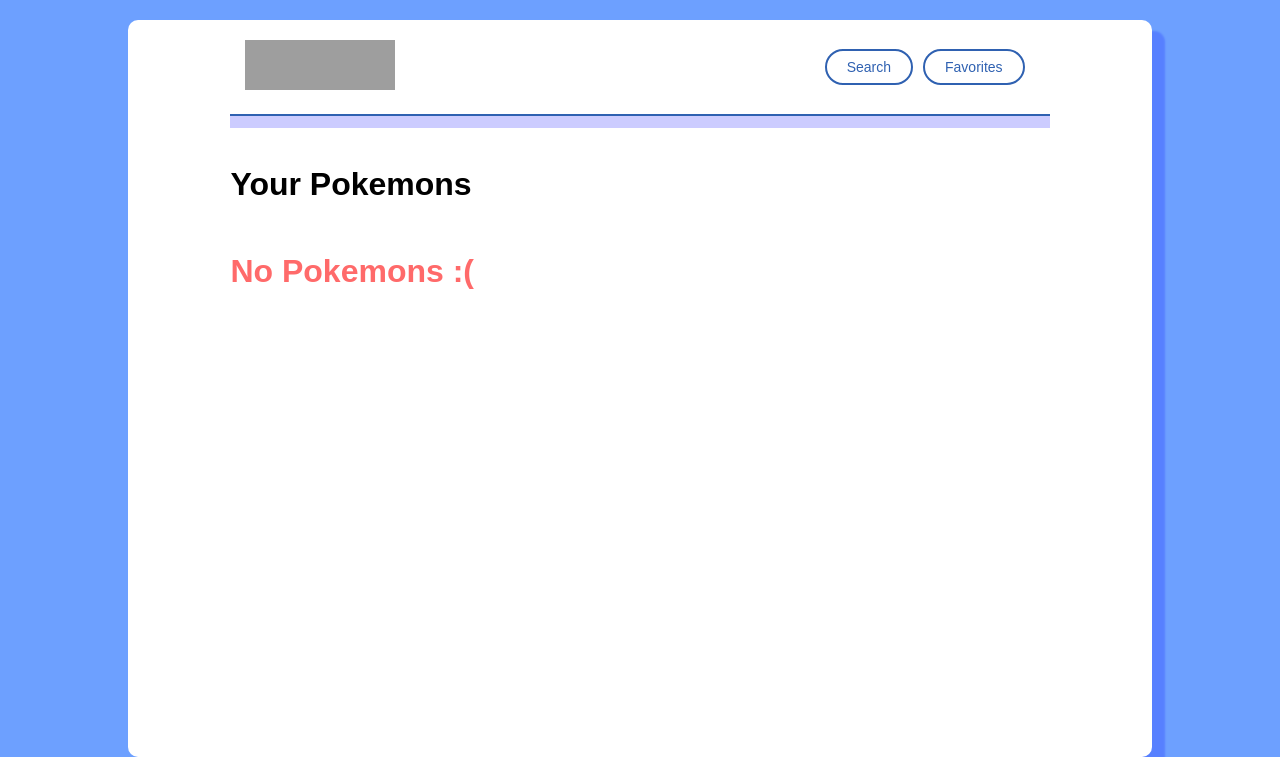
Repository: Rashiduulu/zeon-ithub-second-project
Page: FavoritePage/Favorite.html
These files come from the project's save history. The page is drawn as it stood at one moment and after the next save; the edit follows.
The browser window is 1280 px wide. The pictures show the whole page.
Pictures or frames that could not be fetched are drawn as grey boxes.

Above is the page before, as saved 2022-11-16 15:10:38.

### FavoritePage/Favorite.html
<!DOCTYPE html>
<html lang="en">

<head>
    <meta charset="UTF-8">
    <meta http-equiv="X-UA-Compatible" content="IE=edge">
    <meta name="viewport" content="width=device-width, initial-scale=1.0">
    <title>Document</title>
    <link rel="stylesheet" href="https://cdnjs.cloudflare.com/ajax/libs/font-awesome/6.0.0-beta3/css/all.min.css"
        integrity="sha512-Fo3rlrZj/k7ujTnHg4CGR2D7kSs0v4LLanw2qksYuRlEzO+tcaEPQogQ0KaoGN26/zrn20ImR1DfuLWnOo7aBA=="
        crossorigin="anonymous" referrerpolicy="no-referrer" />
    <link rel="stylesheet" href="./style.css">
</head>

<body>
    <div class="bg-color container">
        <header class="header container flex">
            <a href="../Home.html">
                <img class="logo" src="../imgs/Pokémon_logo.svg.png" alt="logo">
            </a>
            <div>
                <ul class="navbar flex">
                    <a href="../Home.html">
                        <li class="nav">Search</li>
                    </a>
                    <a href="./Favorite.html">
                        <li class="nav">Favorites</li>
                    </a>
                </ul>
            </div>
        </header>

        <div class="content container">
            <h1>Your Pokemons</h1>
        </div>

        <div class="container" id="favorite-cart">

        </div>
        <div class="false"></div>

        <script src="./script.js"></script>

</body>

</html>

### FavoritePage/style.css
* {
  margin: 0;
  padding: 0;
  box-sizing: border-box;
  font-family: sans-serif;
}

body {
  background: rgb(109, 160, 255);
}

.bg-color {
  background: #fff;
  box-shadow: 12px 12px 2px 1px rgba(0, 0, 255, 0.2);
  border-radius: 10px;
}

li {
  list-style-type: none;
}

a {
  text-decoration: none;
}

.container {
  width: 80%;
  margin: 0 auto;
}

.flex {
  display: flex;
}

.cu-p {
  cursor: pointer;
}
/*********************** header ***************************/

.header {
  align-items: center;
  justify-content: space-between;
  padding: 20px 15px;
  border-bottom: 2px solid rgb(47, 97, 177);
  box-shadow: 0 12px rgba(0, 0, 255, 0.2);
  margin-top: 20px;
}

.logo {
  width: 150px;
  height: 50px;
  cursor: pointer;
  transition: all 0.3s ease-out;
}

.logo:hover {
  transform: translateX(14px);
}

.nav {
  color: rgb(47, 97, 177);
  font-size: 14px;
  padding: 8px 20px;
  margin-right: 10px;
  border: 2px solid rgb(47, 97, 177);
  border-radius: 30px;
  cursor: pointer;
  transition: color 0.3s ease-out;
}

.nav:hover {
  background: rgb(254, 254, 7);
  color: rgb(47, 97, 177);
  border: 2px solid rgb(254, 254, 7);
}

.content {
  margin-top: 50px;
}

.showFav {
  display: flex;
}

/*********************************************************/

.card {
  display: flex;
  flex-direction: column;
  align-items: center;
  position: relative;
  background: rgb(132, 172, 238);
  border-radius: 5px;
  height: 330px;
  width: 250px;
  margin: 20px;
  padding: 20px 10px;
  box-shadow: 4px 6px 2px 1px rgba(0, 0, 255, 0.2);
  transition: all 0.2s ease-in;
}

.card:hover {
  transform: translateY(2px);
  box-shadow: none;
}

.card .left-side img {
  width: 185px;
  height: 150px;
  transition: all 0.1s ease-out;
}

.card .left-side {
  display: flex;
  flex-direction: column;
  align-items: center;
  color: rgb(23, 64, 130);
}

.poke-name {
  margin: 10px 0 5px;
  letter-spacing: 1px;
}

.left-side h3:nth-child(3) {
  margin: 10px 0;
}

.info-btn {
  position: absolute;
  top: 80px;
  right: 10px;
  color: rgb(47, 97, 177);
  font-size: 14px;
  padding: 4px 20px;
  margin-right: 10px;
  border: 2px solid rgb(47, 97, 177);
  border-radius: 30px;
  cursor: pointer;
  transition: color 0.3s ease-out;
  justify-content: flex-end;
  background: rgb(187, 187, 187);
}

.info-btn:hover {
  background: rgb(255, 255, 95);
  color: rgb(47, 97, 177);
  border: 2px solid rgb(255, 255, 95);
}

#favorite-cart {
  display: flex;
  flex-wrap: wrap;
  justify-content: center;
}

.fa-circle-xmark {
  position: absolute;
  top: 14px;
  right: 14px;
  font-size: 25px;
  color: rgb(71, 127, 224);
  cursor: pointer;
  transition: font-size 0.2s ease-out;
}

.fa-circle-xmark:hover {
  color: rgb(255, 84, 84);
  font-size: 27px;
}

.notPoke {
  display: flex;
  margin-top: 50px;
  color: rgb(255, 106, 106);
  height: 70vh;
  width: 100%;
}

### FavoritePage/script.js
const favCart = document.querySelector("#favorite-cart");
//  localStorage.setItem("data", card);
const card = JSON.parse(localStorage.getItem("favorites"));
console.log(card);
// favCart.textContent = JSON.stringify(card);

function PokeCart() {
  if (Boolean(card)) {
    const pokeHTML = card
      .map((p) => {
        return `
       <div class="card" data-id = "${p.id}">
         <div class="left-side">
           <img class="poke-img" src="${p.image}" />
           <h2 class="poke-name">${p.name}</h2>
           <h3>Weight: ${p.weight}</h3>
           <h3>Type: ${p.type}</h3>
         </div>
         <div class="right-side">
         <i class="fas fa-circle-xmark" onclick="removeItem()"></i>
         </div>
     </div>
    `;
      })
      .join("");
    favCart.innerHTML = pokeHTML;
  } else {
    const noPoke = `<h1 class="notPoke">No Pokemons :(</h1>`;
    favCart.innerHTML = noPoke;
  }
}
PokeCart();


removeItem = () => {
  localStorage.removeItem("favorites")
}


// window.addEventListener("click", function (event) {
//   if (event.target.hasAttribute("src")) {
//     // const card = event.target.closest(".card");
//     //   console.log(card);
//       const card = JSON.parse(localStorage.getItem("favorites"));
//       console.log(card);

//     const productInfo = {
//       id: card.dataset.id,
//       image: card.querySelector(".poke-img").getAttribute("src"),
//       name: card.querySelector(".poke-name").innerText,
//     };
//     //    localStorage.setItem("data", JSON.stringify(productInfo));

//     let cartFavHtml = `
//         <div class="card" data-id = "${productInfo.id}">
//         <div class="left-side">
//           <img class="poke-img" src="${productInfo.image}" />
//           <h4 class="poke-name">${productInfo.name}</h4>
//         </div>
//         <div class="right-side">
//          <a href = "#" class = "info-btn">info</a>
//          <img class="add-to-fav" src="./imgs/liked.png" />
//         </div>
//     </div>
//     `;
//     const localPokes = localStorage.getItem("data");
//     //   log
//     //   if (localPokes) {
//     //     localStorage.setItem("data", JSON.stringify([...localPokes, productInfo])
//     //     );
//     //   } else {
//     //       localStorage.setItem("data", JSON.stringify([productInfo]))
//     //   }

//     //   const getItem = this.localStorage.getItem(productInfo);
//     //   console.log(productInfo, favCart);
//     //   console.log("html element", favCart);
//     favCart.textContent = card;
//   }
// });

After the next save:
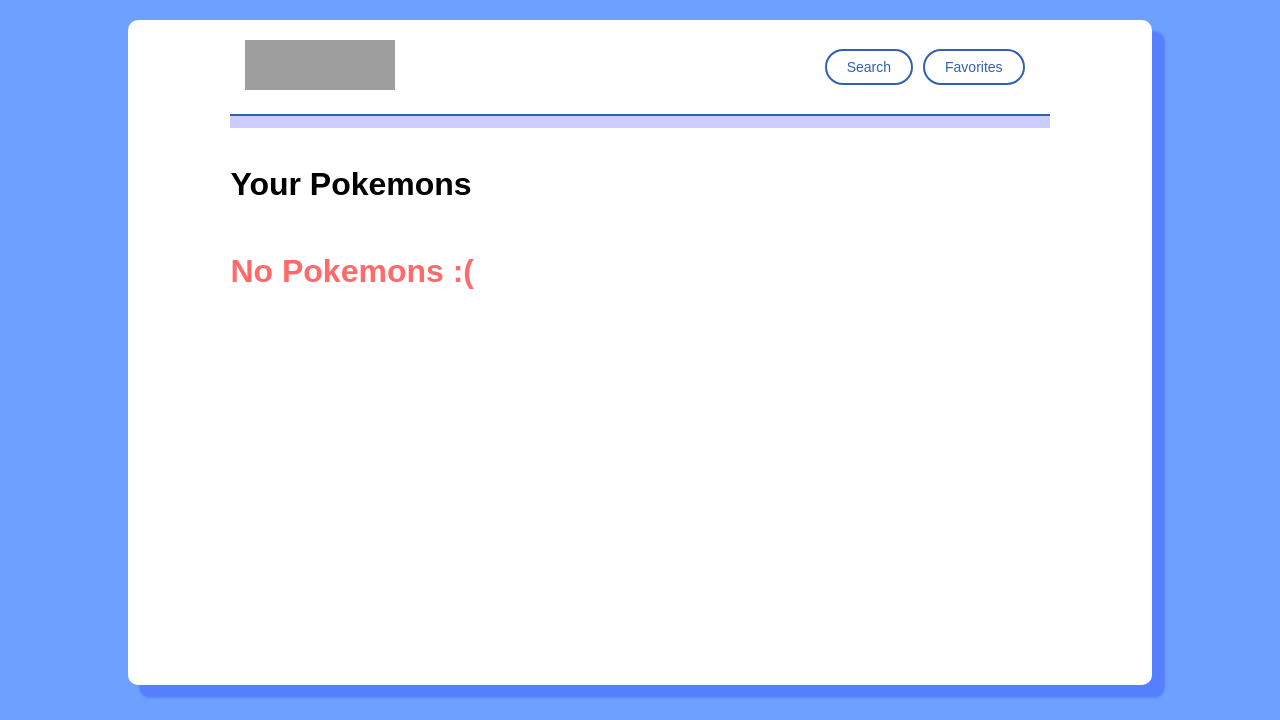
Saved 43 s later.
--- a/FavoritePage/style.css
+++ b/FavoritePage/style.css
@@ -173,6 +173,6 @@ a {
   display: flex;
   margin-top: 50px;
   color: rgb(255, 106, 106);
-  height: 70vh;
+  height: 60vh;
   width: 100%;
 }
